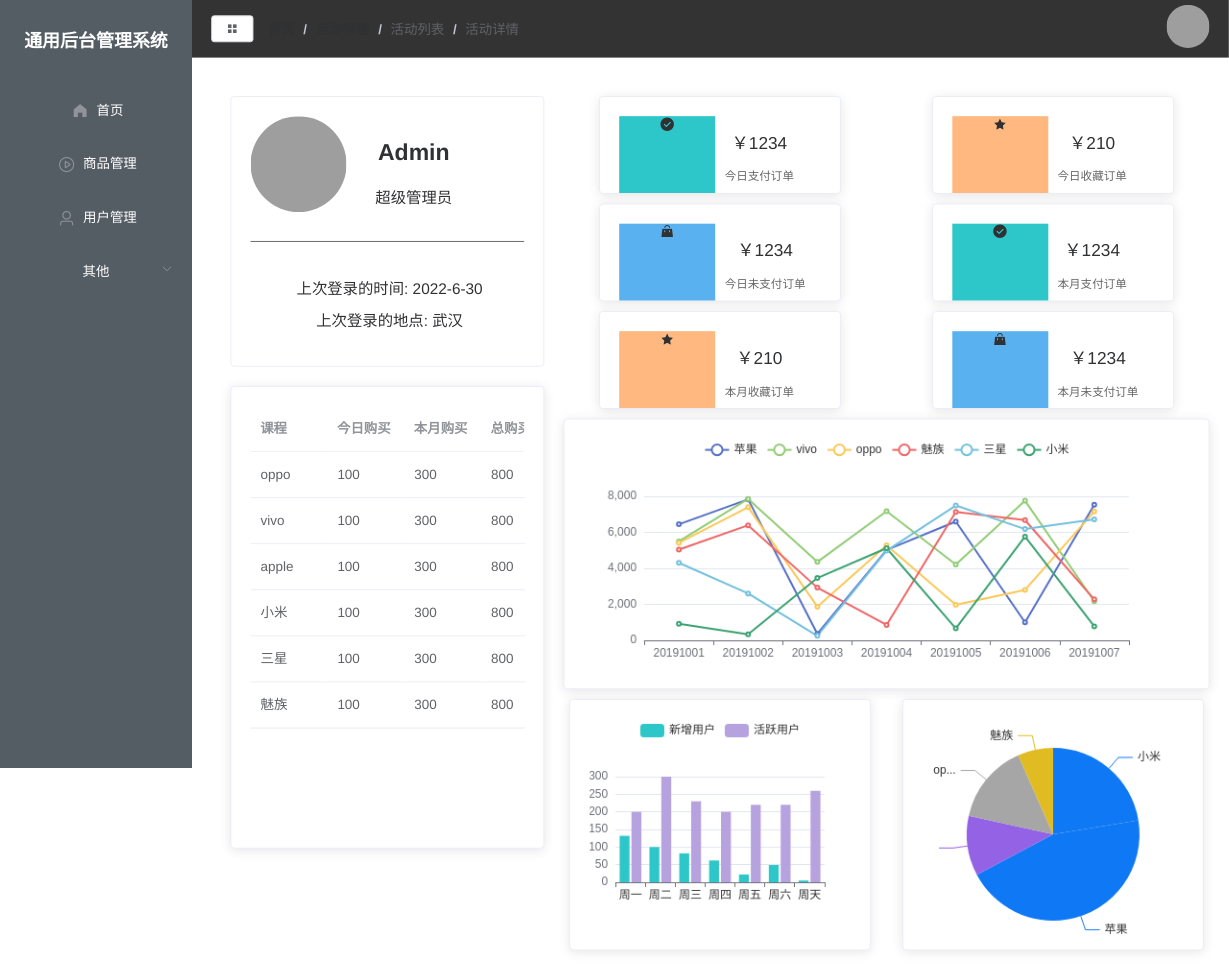
Repository: zhangwen001208/cmd
Page: /
The author's editor kept a copy of each file at every save. The page is drawn from the files as they stood at one save, then again after the next save.
The browser window is 1280 px wide. The pictures show the whole page, at 96% of full size.
Pictures or frames that could not be fetched are drawn as grey boxes. The project was rebuilt for these pictures with package versions that can differ from the ones it lists, and the page was loaded fresh each time. Also part of the build but not shown: vue.config.js.

Above is the page before, as saved 2022-08-27 12:11:00.

After the next save:
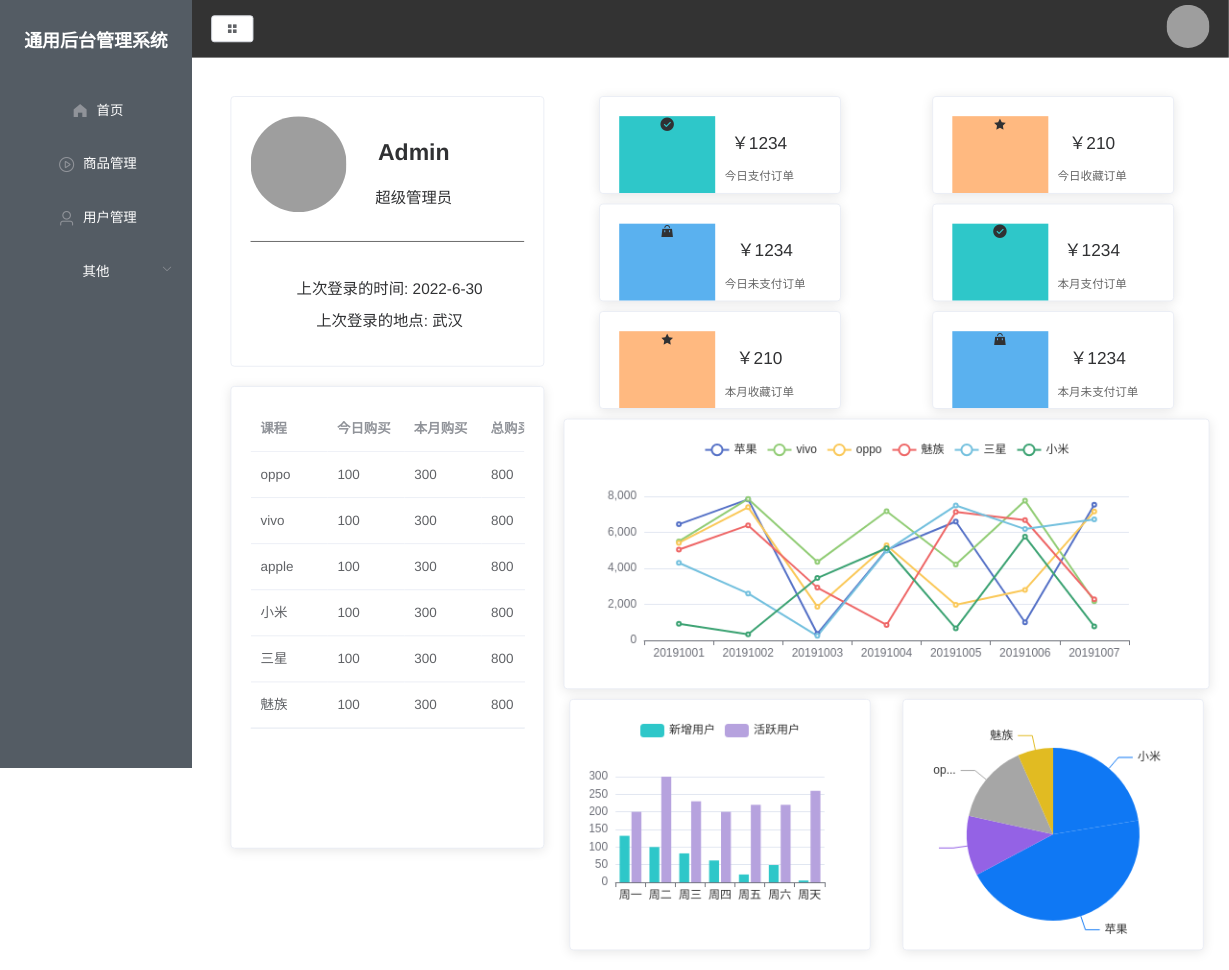
Saved 62 s later.
--- a/src/components/homeHeader.vue
+++ b/src/components/homeHeader.vue
@@ -4,10 +4,8 @@
             <el-button @click="hadrlemenu" plain icon="el-icon-menu" size="mini"></el-button>
             <!-- <h3 style="color: #fff">首页</h3> -->
             <el-breadcrumb separator="/">
-                    <el-breadcrumb-item :to="{ path: '/' }">首页</el-breadcrumb-item>
-                    <el-breadcrumb-item><a href="/">活动管理</a></el-breadcrumb-item>
-                    <el-breadcrumb-item>活动列表</el-breadcrumb-item>
-                    <el-breadcrumb-item>活动详情</el-breadcrumb-item>
+                    <el-breadcrumb-item v-for="item in tags" :key="item.path" :to="{ path: item.path }">{{item.label}}</el-breadcrumb-item>
+
             </el-breadcrumb>
          </div>
          <div class="r-content">
